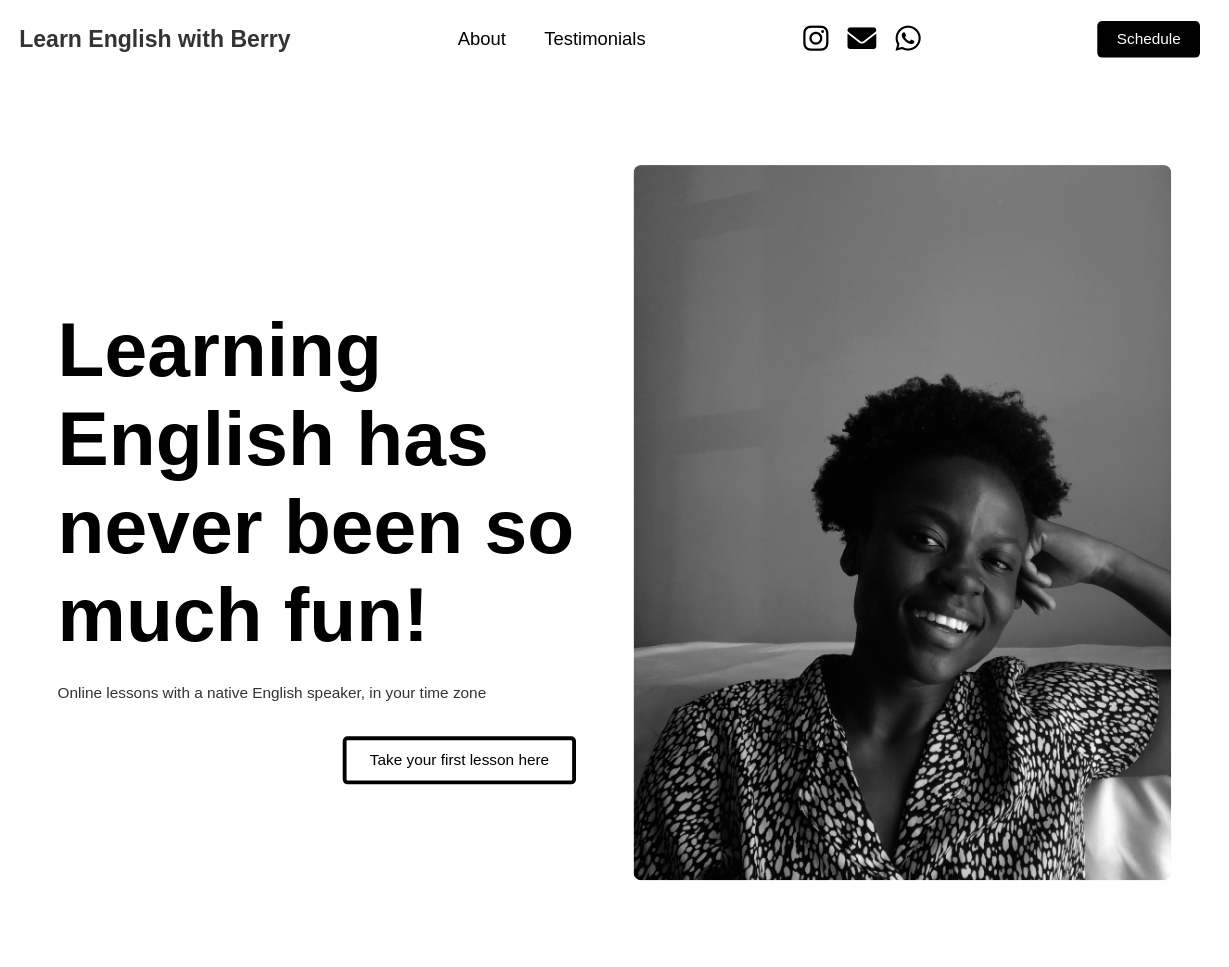
Repository: ntandomagana/esl-landing-page
Page: index.html
These files come from the project's save history. The page is drawn as it stood at one moment and after the next save; the edit follows.
The browser window is 1280 px wide. The pictures show the whole page, at 96% of full size.
The pointer rests on the first visible `.action-button`.

Above is the page before, as saved 2024-07-17 13:34:44.

### index.html
<!DOCTYPE html>
<html lang="en">
<head>
    <meta charset="UTF-8">
    <meta name="viewport" content="width=device-width, initial-scale=1.0">
    <link rel="stylesheet" href="https://cdnjs.cloudflare.com/ajax/libs/font-awesome/6.0.0-beta3/css/all.min.css">

    <title>Berry's English</title>
    <link rel="stylesheet" href="index.css">
</head>
<body>
    <!-- Header Section -->
    <header>
        <div class="header-container">
            <div class="logo"><h1>Learn English with Berry</h1>
            </div>
            <nav>
                <ul>
                    <li><a href="#about">About</a></li>
                    <li><a href="#testimonials">Testimonials</a></li>

                </ul>
            </nav>
            <div class="social-links">
                <a href="#" class="social-link"><i class="fab fa-instagram"></i></a>
                <a href="mailto:berry@example.com" class="social-link"><i class="fas fa-envelope"></i></a>
                <a href="https://wa.me/1234567890" class="social-link"><i class="fab fa-whatsapp"></i></a>
            </div>
            <a href="#contact" class="schedule-button">Schedule</a>
        </div>
    </header>

    <!-- Left and right division -->
     <section class="content-section">
        <div class="content-wrapper">
            <div class="left-content">
                <h2>Learning English has <br />
                    never been so much fun!</h2>
                <p>Online lessons with a native English speaker, in your time zone</p>
                <a href="#contact" class="action-button">Take your first lesson here</a>
            </div>

            <div class="right-content">
                <img src="./assets/bwpp.jpg" alt="Teacher Berry's Image">

            </div>
        </div>

     </section>
    </footer>
</body>
</html>

### index.css
/* styles.css */

body {
  font-family: Arial, Helvetica, sans-serif;
  margin: 0;
  padding: 0;
  box-sizing: border-box;
}

.header-container {
  display: flex;
  justify-content: space-between;
  align-items: center;
  padding: 10px 20px;
  background-color: white;
}

.logo h1 {
  margin: 0;
  font-size: 24px;
  color: #333;
}

nav ul {
  list-style-type: none;
  padding: 0;
  margin: 0;
  display: flex;
}

nav ul li {
  display: inline;
  margin: 20px; /* Adjust margin to add space between list items */
}

nav ul li:last-child {
  margin-right: 0;
}

nav ul li a {
  color: rgb(2, 2, 2);
  text-decoration: none;
  font-size: 1.2rem;
}

nav ul li a:hover {
  color: black;
  font-weight: bold;
}

.social-links {
  display: flex;
  align-items: center;
  margin-right: 20px;
}

.social-link {
  margin: 0 10px;
  display: inline-block;
  color: black;
  font-size: 30px;
  transition: color 0.3s ease, transform 0.3s ease, box-shadow 0.3s ease;
}

.social-link i {
  color: black;
}

.social-link:hover i {
  color: black;
  transition: black 4s ease-in-out;
  transform: translateY(-5px);
  box-shadow: 0 4px 8px rgba(19, 18, 18, 0.2);
}

.schedule-button {
  padding: 10px 20px;
  background-color: black;
  color: #fff;
  text-decoration: none;
  border-radius: 5px;
  transition: background-color 0.3s ease;
  border: none;
  cursor: pointer;
  margin-right: 10px;
}

.schedule-button:hover {
  background-color: #fff;
  border-color: rgba(0, 0, 0, 0);
  border: solid black;
  color: black;
}

.content-section {
  padding: 50px 0;
  text-align: center;
}

.content-wrapper {
  display: flex;
  justify-content: space-around;
  align-items: stretch;
  max-width: 1200px;
  margin: 20px auto;
}

.left-content {
  flex: 1;
  padding: 20px;
  text-align: left;
  display: flex;
  flex-direction: column;
  justify-content: center;
  align-items: flex-end;
}

.left-content h2 {
  font-size: 5rem;
  align-items: flex-end;
  color: rgb(0, 0, 0);
  margin-bottom: 10px;
  width: 100%;
}

.left-content p {
  font-size: 1rem;
  color: #333;
  width: 100%;
}

.right-content {
  flex: 1;
  padding: 20px;
  text-align: center;
  display: flex;
  justify-content: center;
  align-items: center;
}

.right-content img {
  max-width: 100%;
  height: auto;
  max-height: 800px; /* Example maximum height, adjust as needed */
  border-radius: 8px;
  /* Optional: Adds a subtle shadow */
}

.action-button {
  display: inline-block;
  padding: 10px 20px;
  background-color: black;
  color: #fff;
  text-decoration: none;
  border-radius: 5px;
  transition: background-color 0.3s ease;
  margin-top: 20px; /* Add space above the button */
  position: relative;
  z-index: 1;
}

.action-button:hover {
  background-color: #fff;
  border-color: rgba(0, 0, 0, 0);
  border: 4px solid black;
  color: black;
  margin: 20px;
  padding: 12px 24px;
}

After the next save:
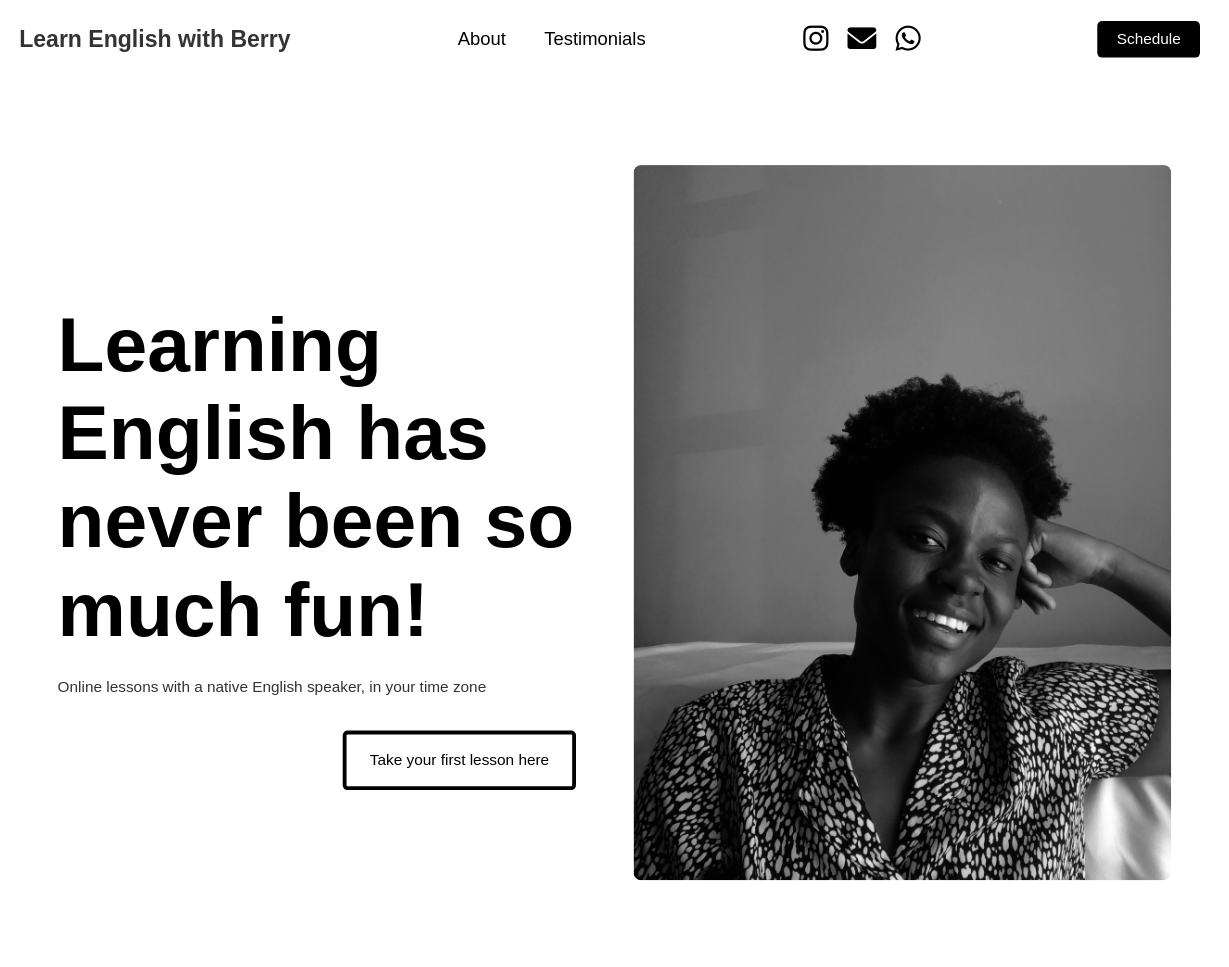
Saved 6 s later.
--- a/index.css
+++ b/index.css
@@ -165,5 +165,5 @@ nav ul li a:hover {
   border: 4px solid black;
   color: black;
   margin: 20px;
-  padding: 12px 24px;
+  padding: 18px 24px;
 }
